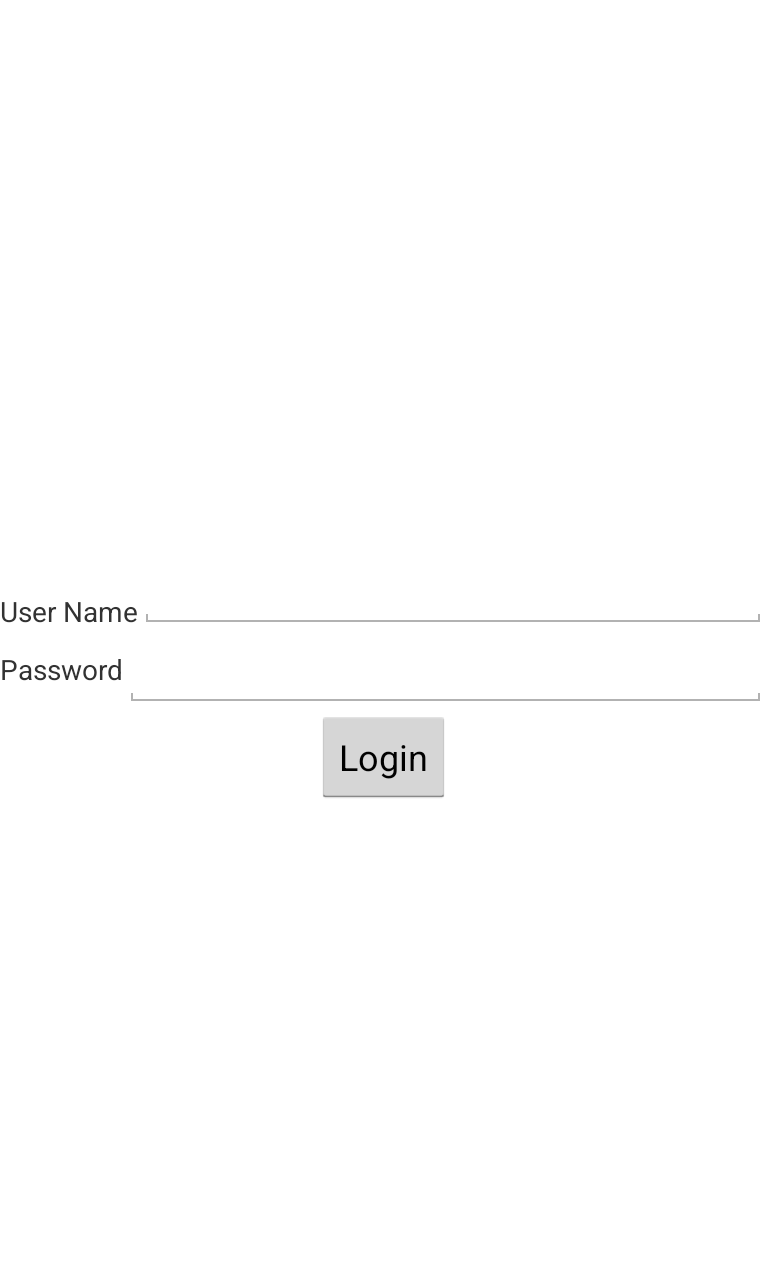
Repository: SaifJamilKhan/Meetup
Layout: MeetUp/res/layout/activity_create_account.xml
The author's editor kept a copy of each file at every save. The layout is drawn from the files as they stood at one save, then again after the next save.
It is drawn on a 768 x 1280 px phone screen (xhdpi) without system bars, with theme AppTheme; the app's code is not run.

Above is the layout before, as saved 2014-03-05 02:49:23.

### MeetUp/res/layout/activity_create_account.xml
<?xml version="1.0" encoding="utf-8"?>
<RelativeLayout xmlns:android="http://schemas.android.com/apk/res/android"
    android:layout_width="match_parent"
    android:layout_height="match_parent"
    android:orientation="vertical" >

    <View
        android:id="@+id/center_divider"
        android:layout_width="10dp"
        android:layout_height="10dp"
        android:layout_centerInParent="true"
        android:visibility="invisible"/>

    <TextView
        android:id="@+id/login_username_label"
        android:layout_width="wrap_content"
        android:layout_height="wrap_content"
        android:layout_alignParentLeft="true"
        android:text="@string/user_name_label"
        android:layout_above="@id/center_divider" />

    <EditText
        android:id="@+id/login_username_text"
        android:layout_width="match_parent"
        android:layout_height="wrap_content"
        android:inputType="text"
        android:layout_toRightOf="@id/login_username_label"
        android:layout_above="@id/center_divider" />

    <TextView
        android:id="@+id/login_password_label"
        android:layout_width="wrap_content"
        android:layout_height="wrap_content"
        android:layout_alignParentLeft="true"
        android:text="@string/password_label"
        android:layout_below="@id/center_divider" />

    <EditText
        android:id="@+id/login_password_text"
        android:layout_width="match_parent"
        android:layout_height="wrap_content"
        android:layout_centerHorizontal="true"
        android:layout_below="@id/login_username_text"
        android:layout_toRightOf="@id/login_password_label"
        android:inputType="textPassword" >
    </EditText>

    <Button
        android:id="@+id/login_account_button"
        android:layout_width="wrap_content"
        android:layout_height="wrap_content"
        android:layout_below="@id/login_password_text"
        android:layout_centerHorizontal="true"
        android:text="@string/login" />

</RelativeLayout>

### MeetUp/res/values/strings.xml
<?xml version="1.0" encoding="utf-8"?>
<resources>

    <string name="app_name">Meet Up</string>
    <string name="action_settings">Settings</string>
    <string name="login">Login</string>
    <string name="create_account">Create Account</string>
    <string name="user_name_label">User Name</string>
    <string name="password_label">Password</string>

</resources>

Loaded but not shown: MeetUp/res/values/styles.xml (common file); MeetUp/res/values-v11/styles.xml (common file); MeetUp/res/values-v14/styles.xml (common file)

After the next save:
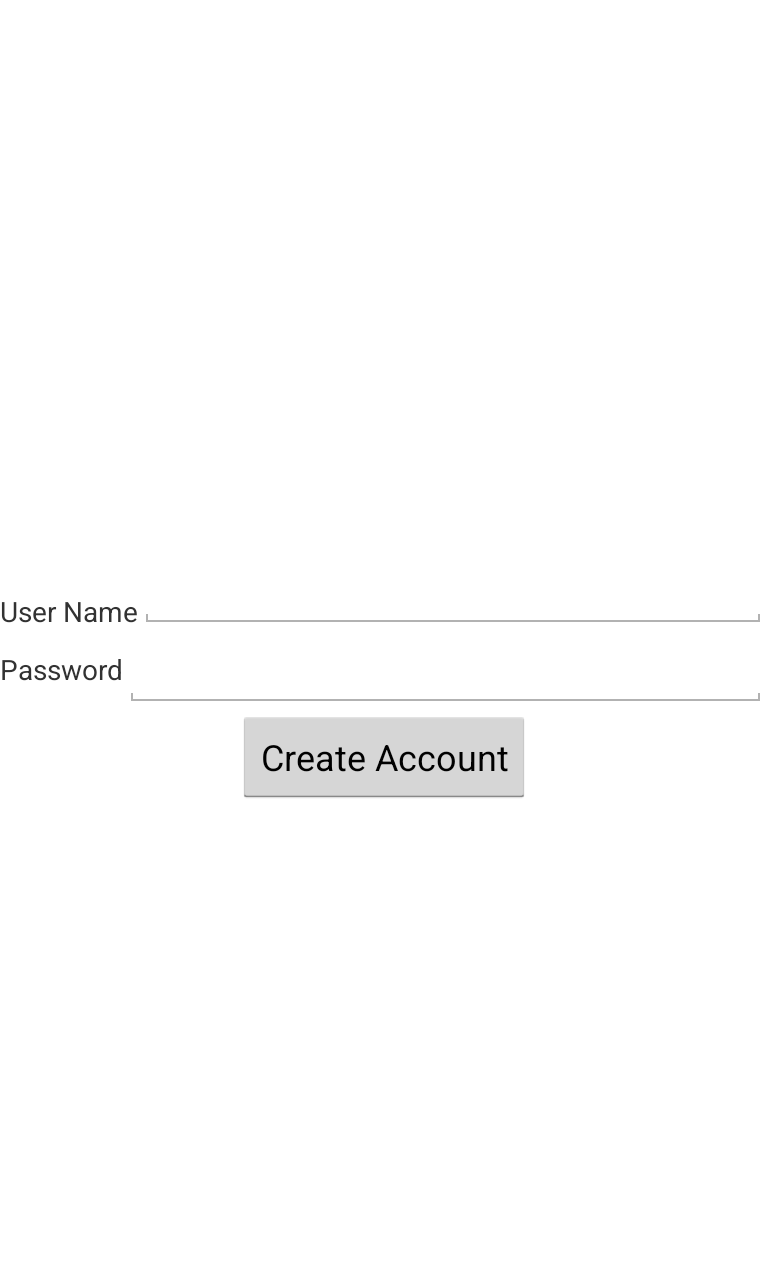
Saved 44 s later.
--- a/MeetUp/res/layout/activity_create_account.xml
+++ b/MeetUp/res/layout/activity_create_account.xml
@@ -51,6 +51,6 @@
         android:layout_height="wrap_content"
         android:layout_below="@id/login_password_text"
         android:layout_centerHorizontal="true"
-        android:text="@string/login" />
+        android:text="@string/create_account" />
 
 </RelativeLayout>
